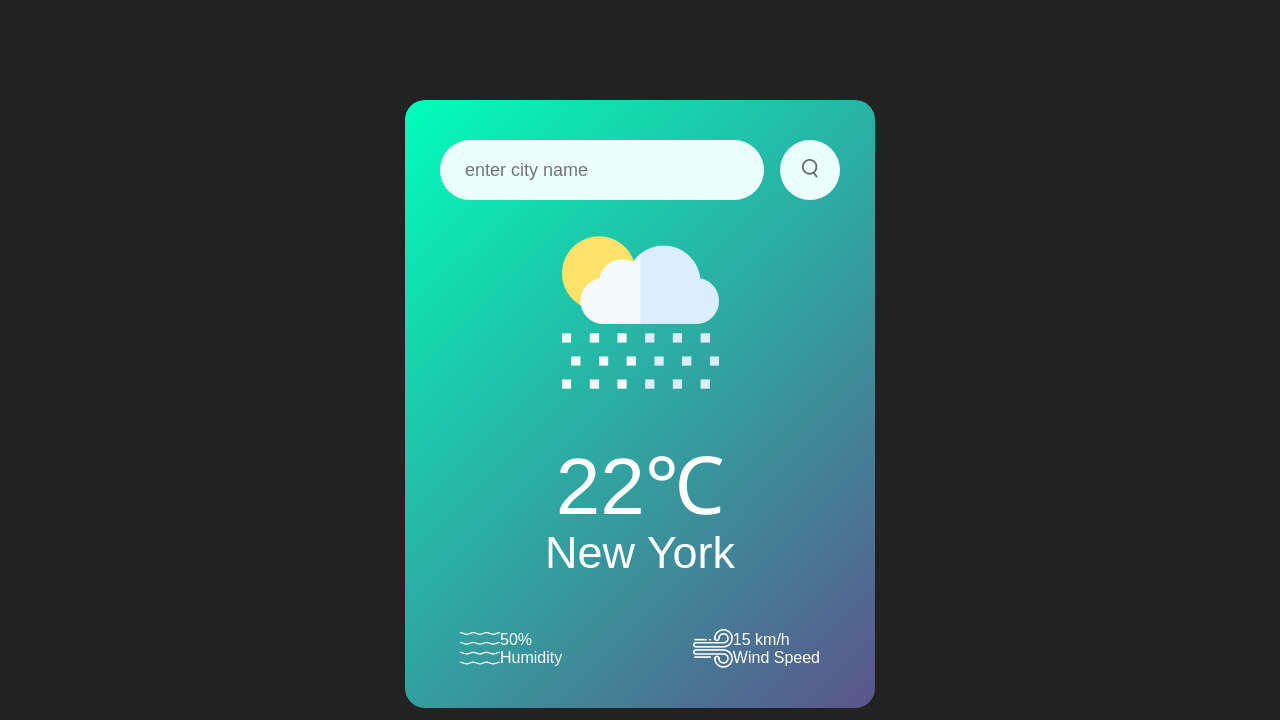
Repository: Alphosmart/weather
Page: index.html
These files come from the project's save history. The page is drawn as it stood at one moment and after the next save; the edit follows.
The browser window is 1280 px wide. The pictures show the whole page.

Above is the page before, as saved 2024-07-17 16:48:11.

After the next save:
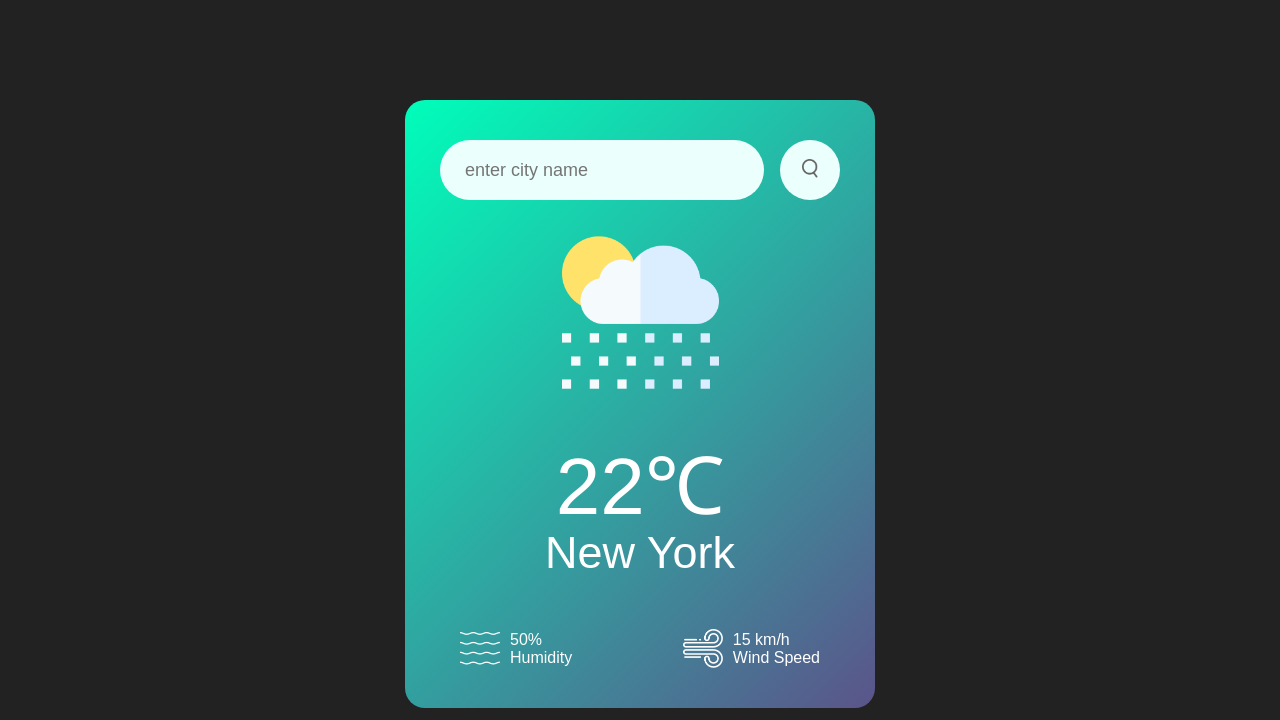
Saved 9 s later.
--- a/style.css
+++ b/style.css
@@ -86,5 +86,5 @@ body {
 
 .col img {
   width: 40px;
-  margin-right: ;
+  margin-right: 10px;
 }
